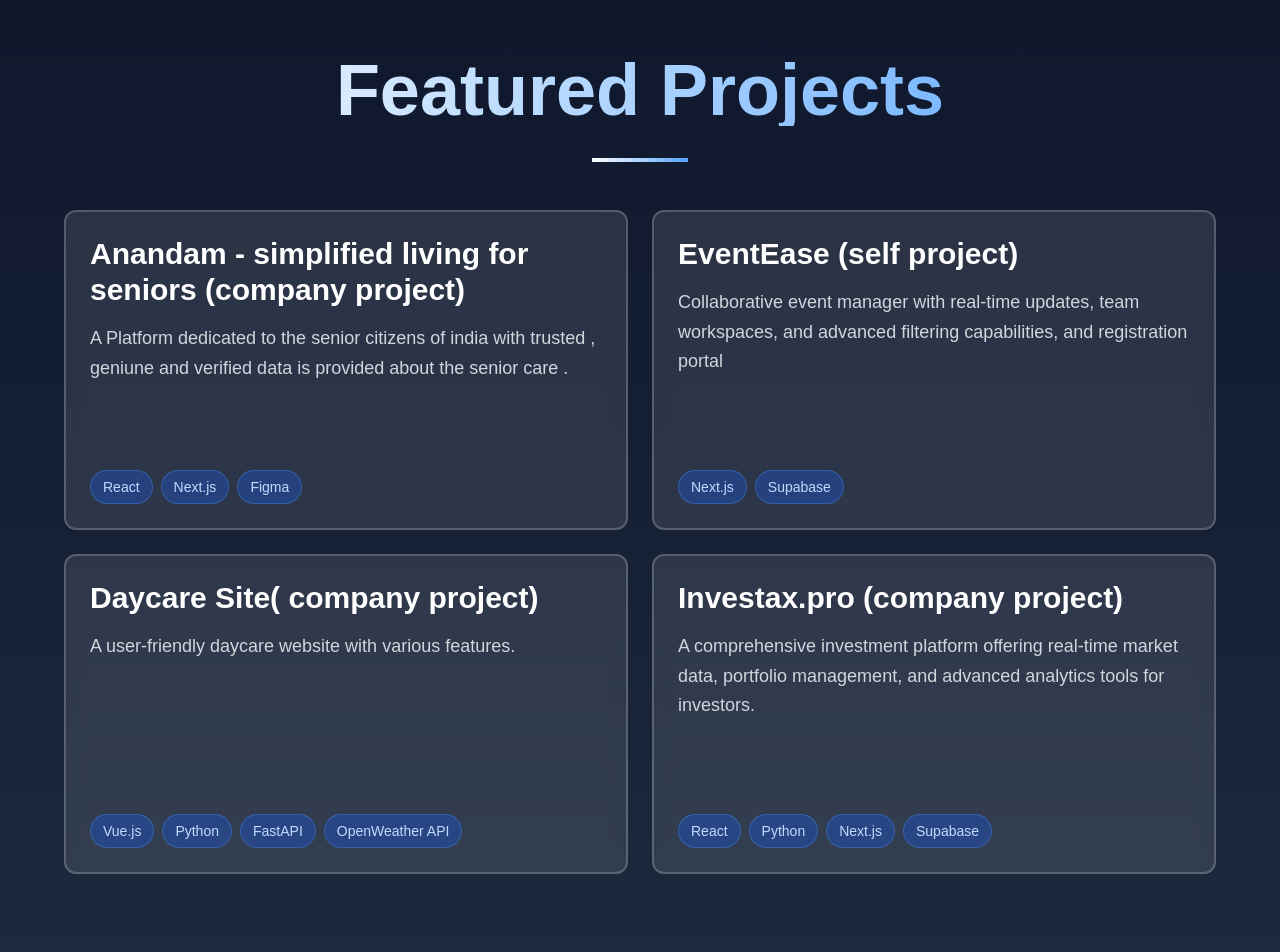
Repository: harshikabodekar/portfolio_awp
Page: /
These files come from the project's save history. The page is drawn as it stood at one moment and after the next save; the edit follows.
The browser window is 1280 px wide. The pictures show the part of the page from y = 2808 to 3760 px (the page is 4868 px tall).
The project was rebuilt for these pictures with package versions that can differ from the ones it lists, and the page was loaded fresh each time. The framework's server and built-in components were replaced by stand-ins that run in the browser. Also part of the build but not shown: next.config.mjs.

Above is the page before, as saved 2025-10-15 22:37:49.

After the next save:
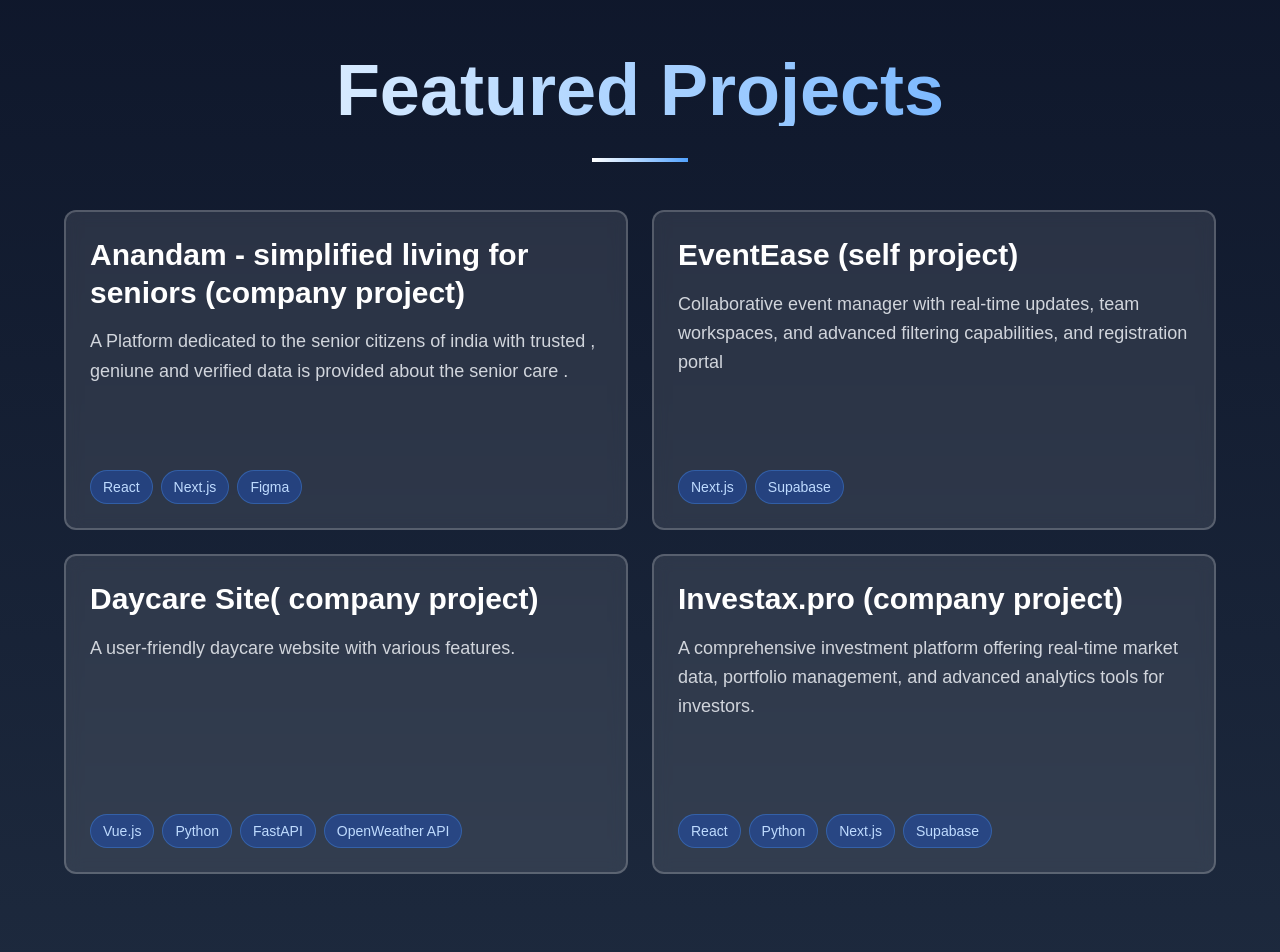
Saved 31 s later.
--- a/src/app/components/ProjectCard.js
+++ b/src/app/components/ProjectCard.js
@@ -2,12 +2,12 @@
 
 const ProjectCard = ({ project }) => {
   return (
-    <div className="bg-white/10 backdrop-blur-sm border-2 border-white/20 rounded-xl p-6 h-[320px] hover:border-blue-400/50 transition-all duration-300 group flex flex-col">
-      <h3 className="text-2xl md:text-3xl font-bold mb-4 text-white group-hover:text-blue-400 transition-colors">
+    <div className="bg-white/10 backdrop-blur-sm border-2 border-white/20 rounded-xl p-4 sm:p-5 md:p-6 min-h-[280px] sm:min-h-[300px] md:min-h-[320px] hover:border-blue-400/50 transition-all duration-300 group flex flex-col">
+      <h3 className="text-xl sm:text-2xl md:text-3xl font-bold mb-3 sm:mb-4 text-white group-hover:text-blue-400 transition-colors leading-tight">
         {project.title}
       </h3>
 
-      <p className="text-base md:text-lg text-gray-300 mb-6 leading-relaxed flex-grow">
+      <p className="text-sm sm:text-base md:text-lg text-gray-300 mb-4 sm:mb-5 md:mb-6 leading-relaxed flex-grow">
         {project.description}
       </p>
 
@@ -15,7 +15,7 @@ const ProjectCard = ({ project }) => {
         {project.tech.map((tech, index) => (
           <span
             key={index}
-            className="px-3 py-1.5 bg-blue-600/30 border border-blue-400/30 rounded-full text-sm text-blue-200 font-medium"
+            className="px-2.5 sm:px-3 py-1 sm:py-1.5 bg-blue-600/30 border border-blue-400/30 rounded-full text-xs sm:text-sm text-blue-200 font-medium"
           >
             {tech}
           </span>
